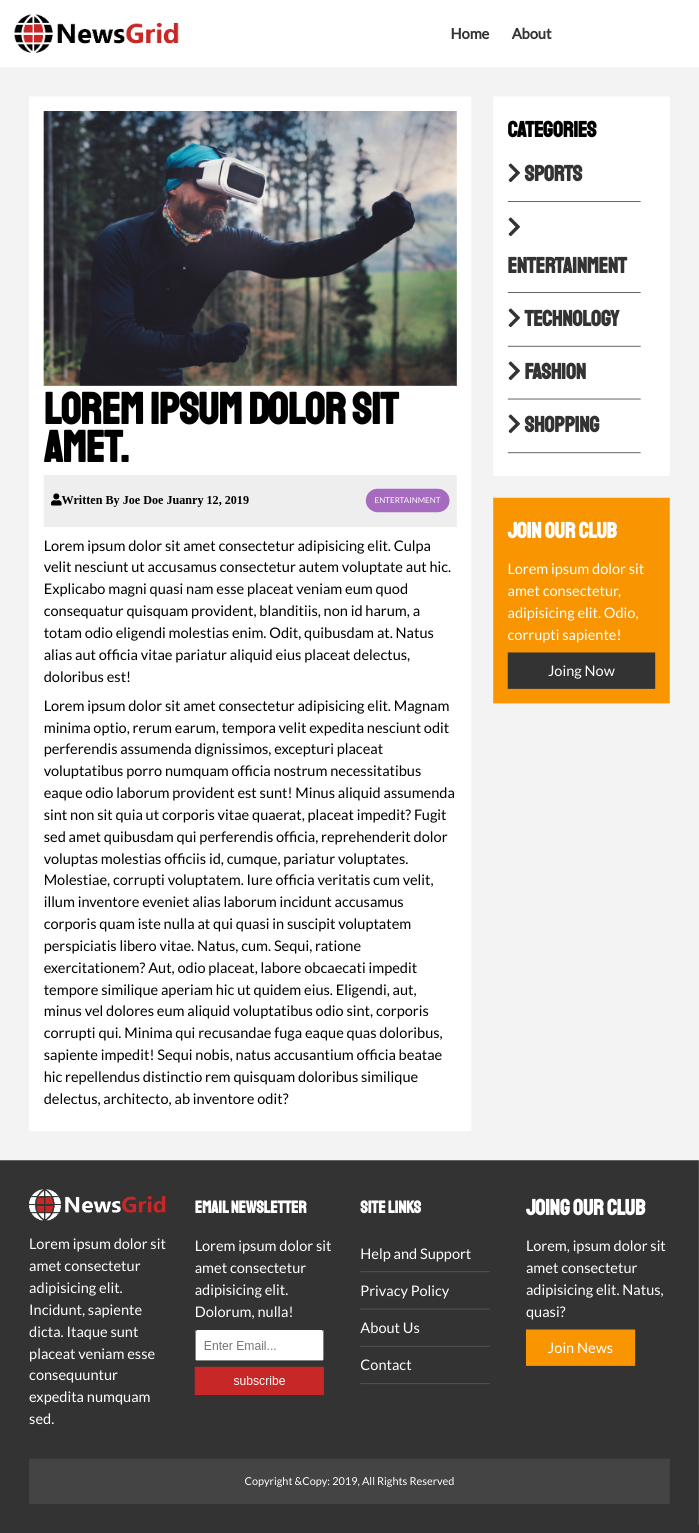
Repository: EswinGiova/NewsGrid
Page: article.html
The author's editor kept a copy of each file at every save. The page is drawn from the files as they stood at one save, then again after the next save.
The browser window is 768 px wide. The pictures show the whole page, at 91% of full size.
Some web libraries are served in a nearby version.

Above is the page before, as saved 2020-09-21 17:52:38.

### article.html
<!DOCTYPE html>
<html lang="en">
  <head>
    <meta charset="UTF-8" />
    <meta name="viewport" content="width=device-width, initial-scale=1.0" />
    <link rel="shortcut icon" type="image/x-icon" href="favicon.ico" />
    <link
      href="https://fonts.googleapis.com/css2?family=Lato&family=Staatliches&display=swap"
      rel="stylesheet"
    />
    <link rel="stylesheet" href="./css/style.css" />
    <link
      rel="stylesheet"
      media="screen and (max-width: 768px)"
      href="./css/mobile.css"
    />

    <link
      rel="stylesheet"
      href="https://cdnjs.cloudflare.com/ajax/libs/font-awesome/5.14.0/css/all.min.css"
      integrity="sha512-1PKOgIY59xJ8Co8+NE6FZ+LOAZKjy+KY8iq0G4B3CyeY6wYHN3yt9PW0XpSriVlkMXe40PTKnXrLnZ9+fkDaog=="
      crossorigin="anonymous"
    />

    <title>NewsGrid | Latest News</title>
  </head>
  <body>
    <nav id="main-nav">
      <div class="container">
        <img src="./image_resources/logo.png" alt="" class="logo" />
        <div class="social">
          <a href="#" target="_blank"><i class="fab fa-facebook fa-2x"></i></a>
          <a href="#" target="_blank"><i class="fab fa-twitter fa-2x"></i></a>
          <a href="#" target="_blank"><i class="fab fa-instagram fa-2x"></i></a>
          <a href="#" target="_blank"><i class="fab fa-youtube fa-2x"></i></a>
        </div>
        <ul>
          <li><a href="./index.html">Home</a></li>
          <li><a href="./about.html">About </a></li>
        </ul>
      </div>
    </nav>

    <section id="article">
      <div class="container">
        <div class="page-container">
          <article class="card">
            <img src="./image_resources/articles/ent1.jpg" alt="" />
            <h1 class="l-heading">Lorem ipsum dolor sit amet.</h1>
            <div class="meta">
              <small>
                <i class="fas fa-user">Written By Joe Doe Juanry 12, 2019</i>
              </small>
              <div class="category category-ent">Entertainment</div>
            </div>
            <p>
              Lorem ipsum dolor sit amet consectetur adipisicing elit. Culpa
              velit nesciunt ut accusamus consectetur autem voluptate aut hic.
              Explicabo magni quasi nam esse placeat veniam eum quod consequatur
              quisquam provident, blanditiis, non id harum, a totam odio
              eligendi molestias enim. Odit, quibusdam at. Natus alias aut
              officia vitae pariatur aliquid eius placeat delectus, doloribus
              est!
            </p>
            <p>
              Lorem ipsum dolor sit amet consectetur adipisicing elit. Magnam
              minima optio, rerum earum, tempora velit expedita nesciunt odit
              perferendis assumenda dignissimos, excepturi placeat voluptatibus
              porro numquam officia nostrum necessitatibus eaque odio laborum
              provident est sunt! Minus aliquid assumenda sint non sit quia ut
              corporis vitae quaerat, placeat impedit? Fugit sed amet quibusdam
              qui perferendis officia, reprehenderit dolor voluptas molestias
              officiis id, cumque, pariatur voluptates. Molestiae, corrupti
              voluptatem. Iure officia veritatis cum velit, illum inventore
              eveniet alias laborum incidunt accusamus corporis quam iste nulla
              at qui quasi in suscipit voluptatem perspiciatis libero vitae.
              Natus, cum. Sequi, ratione exercitationem? Aut, odio placeat,
              labore obcaecati impedit tempore similique aperiam hic ut quidem
              eius. Eligendi, aut, minus vel dolores eum aliquid voluptatibus
              odio sint, corporis corrupti qui. Minima qui recusandae fuga eaque
              quas doloribus, sapiente impedit! Sequi nobis, natus accusantium
              officia beatae hic repellendus distinctio rem quisquam doloribus
              similique delectus, architecto, ab inventore odit?
            </p>
          </article>
          <aside id="categories" class="card">
            <h2>
              categories
              <ul class="list">
                <li>
                  <a href="#"><i class="fas fa-chevron-right"></i> sports </a>
                </li>
                <li>
                  <a href="#"
                    ><i class="fas fa-chevron-right"></i> Entertainment
                  </a>
                </li>
                <li>
                  <a href="#"
                    ><i class="fas fa-chevron-right"></i> Technology
                  </a>
                </li>
                <li>
                  <a href="#"><i class="fas fa-chevron-right"></i> Fashion </a>
                </li>
                <li>
                  <a href="#"><i class="fas fa-chevron-right"></i> Shopping </a>
                </li>
              </ul>
            </h2>
          </aside>
          <aside class="card bg-secondary">
            <h2>Join Our Club</h2>
            <p>
              Lorem ipsum dolor sit amet consectetur, adipisicing elit. Odio,
              corrupti sapiente!
            </p>
            <a href="#" class="btn btn-dark btn-block">Joing Now</a>
          </aside>
        </div>
      </div>
    </section>

    <!-- footer -->
    <footer id="main-footer" class="py-2">
      <div class="container footer-container">
        <div>
          <img src="./image_resources/logo_light.png" alt="news" />
          <p>
            Lorem ipsum dolor sit amet consectetur adipisicing elit. Incidunt,
            sapiente dicta. Itaque sunt placeat veniam esse consequuntur
            expedita numquam sed.
          </p>
        </div>
        <div>
          <h3>Email Newsletter</h3>
          <p>
            Lorem ipsum dolor sit amet consectetur adipisicing elit. Dolorum,
            nulla!
          </p>
          <form>
            <input type="email" placeholder="Enter Email..." />
            <input type="submit" value="subscribe" class="btn btn-primary" />
          </form>
        </div>
        <div>
          <h3>Site Links</h3>
          <ul class="list">
            <li><a href="#">Help and Support</a></li>
            <li><a href="#">Privacy Policy</a></li>
            <li><a href="#">About Us</a></li>
            <li><a href="#">Contact</a></li>
          </ul>
        </div>
        <div>
          <h2>Joing Our CLub</h2>
          <p>
            Lorem, ipsum dolor sit amet consectetur adipisicing elit. Natus,
            quasi?
          </p>
          <a href="#" class="btn btn-secondary">Join News</a>
        </div>
        <div>
          <p>Copyright &Copy: 2019, All Rights Reserved</p>
        </div>
      </div>
    </footer>
  </body>
</html>

### css/style.css
:root {
  --primary-color: #c72727;
  --secondary-color: #f99500;
  --light-color: #f3f3f3;
  --dark-color: #333;
  --max-width: 1100px;
}

.category {
  --sports-color: #f99500;
  --ent-color: #a66bbe;
  --tech-color: #009cff;
}
* {
  margin: 0;
  padding: 0;
  box-sizing: border-box;
}
body {
  font-family: 'Lato', sans-serif !important;
  line-height: 1.5;
  background: var(--light-color);
}

a {
  color: var(--dark-color);
  text-decoration: none;
}

ul {
  list-style: none;
}
p {
  margin: 0.5rem 0;
}

img {
  width: 100%;
}

h1,
h2,
h3,
h4,
h5,
h6 {
  font-family: 'Staatliches', cursive;
  margin-bottom: 0.55rem;
  line-height: 2.6rem;
}

/*  utility class */

.container {
  max-width: var(--max-width);
  margin: auto;
  padding: 0 2rem;
  overflow: hidden;
}

/* category */

.category {
  display: inline-block;
  color: #fff;
  font-size: 0.55rem;
  text-transform: uppercase;
  padding: 0.4rem 0.6rem;
  border-radius: 15px;
  margin-bottom: 0.5rem;
}

.category-sports {
  background: var(--sports-color);
}
.category-ent {
  background: var(--ent-color);
}
.category-tech {
  background: var(--tech-color);
}

/* btn */

.btn {
  display: inline-block;
  border: none;
  background: var(--dark-color);
  color: #fff;
  padding: 0.5rem 1.5rem;
}

.btn-light {
  background: var(--light-color);
}
.btn-primary {
  background: var(--primary-color);
}
.btn-secondary {
  background: var(--secondary-color);
}
.btn:hover {
  opacity: 0.8;
}

.btn-block {
  display: block;
  width: 100%;
  text-align: center;
}

/* cards */

.card {
  background: white;
  padding: 1rem;
}

.bg-dark {
  background: var(--dark-color);
  color: white;
}
.bg-primary {
  background: var(--primary-color);
  color: white;
}
.bg-secondary {
  background: var(--secondary-color);
  color: #fff;
}
.py-1 {
  padding: 1.5rem 0;
}
.py-2 {
  padding: 2rem 0;
}
.py-3 {
  padding: 3rem 0;
}
.p-1 {
  padding: 1.5rem;
}
.p-2 {
  padding: 2rem;
}
.p-3 {
  padding: 3rem;
}

.l-heading {
  font-size: 3rem;
}

.bg-dark h1,
.bg-dark h2,
.bg-dark h3,
.bg-dark a,
.bg-primary h1,
.bg-primary h2,
.bg-primary h3,
.bg-primary a,
.bg-secondary h1,
.bg-secondary h2,
.bg-secondary h3,
.bg-secondary a {
  color: #fff;
}

.list li {
  padding: 0.5rem 0;
  border-bottom: 1px solid #555;
  width: 90%;
}
.list li a:hover {
  color: var(--primary-color) !important;
}

/* inner page container */
.page-container {
  display: grid;
  grid-template-columns: 5fr 2fr;
  margin: 2rem 0;
  grid-gap: 1.5rem;
}
.page-container > *:first-child {
  grid-row: 1 / span 3;
}

/* Navigation */
#main-nav {
  background: #fff;
  position: sticky;
  top: 0;
  z-index: 2;
}

#main-nav .container {
  display: grid;
  grid-template-columns: 6fr 3fr 2fr;
  padding: 1rem;
  align-items: center;
}

#main-nav .logo {
  width: 180px;
}

#main-nav ul {
  display: flex;
  justify-self: end;
}

#main-nav ul li a {
  padding: 0.77rem;
  font-weight: bold;
}

#main-nav ul li .current {
  background: var(--primary-color);
  color: white;
}

#main-nav ul li .current:hover {
  background: var(--light-color);
  color: var(--dark-color);
}
#main-nav .social {
  justify-self: center;
}

#main-nav .social i {
  color: #777;
  margin-left: 0.5rem;
}

/* showcase */
#showcase {
  background: #333;
  color: #fff;
  position: relative;
}

#showcase:before {
  content: '';
  background: url('../image_resources/featured.jpg') center center/cover;
  position: absolute;
  top: 0;
  left: 0;
  width: 100%;
  height: 100%;
  opacity: 0.4;
}
#showcase .showcase-container {
  height: 50vh;
  display: grid;
  grid-template-columns: repeat(2, 1fr);
  justify-content: center;
  align-content: center;
}
#showcase .showcase-container .showcase-content {
  z-index: 2;
  text-align: justify;
}
#showcase .showcase-container .showcase-content p {
  margin: 1rem 0;
}
/* Home Articles  */

#home-articles .articles-container {
  display: grid;
  grid-template-columns: repeat(3, 1fr);
  grid-gap: 1rem;
}

#home-articles .articles-container > *:first-child,
#home-articles .articles-container > *:last-child {
  display: grid;
  grid-template-columns: repeat(2, 1fr);
  grid-column: 1 / span 2;
  grid-gap: 1rem;
  align-items: center;
}
#home-articles .articles-container > *:last-child {
  grid-column: 2 / span 2;
}

#article .meta {
  display: flex;
  justify-content: space-between;

  align-items: center;
  background: #eee;
  padding: 0.5rem;
}

#article .meta .category {
  margin-top: 0.4rem;
}

/* footer */
#main-footer {
  background: var(--dark-color);
  color: #fff;
}

#main-footer img {
  width: 150px;
}

#main-footer a {
  color: #fff;
}

#main-footer .footer-container {
  display: grid;
  grid-template-columns: repeat(4, 1fr);
  grid-gap: 1.5rem;
}

#main-footer .footer-container > *:last-child {
  grid-column: 1 / span 4;
  text-align: center;
  background: #444;

  font-size: 0.75rem;
  padding: 0.5rem;
}

#main-footer .footer-container input[type='email'] {
  width: 90%;
  padding: 0.5rem;
  margin-bottom: 0.4rem;
}

#main-footer .footer-container input[type='submit'] {
  width: 90%;
}

/* about our page  */

### css/mobile.css
/* Navigation  */
#main-nav .social {
  display: none;
}

@media (max-width: 768px) {
}

After the next save:
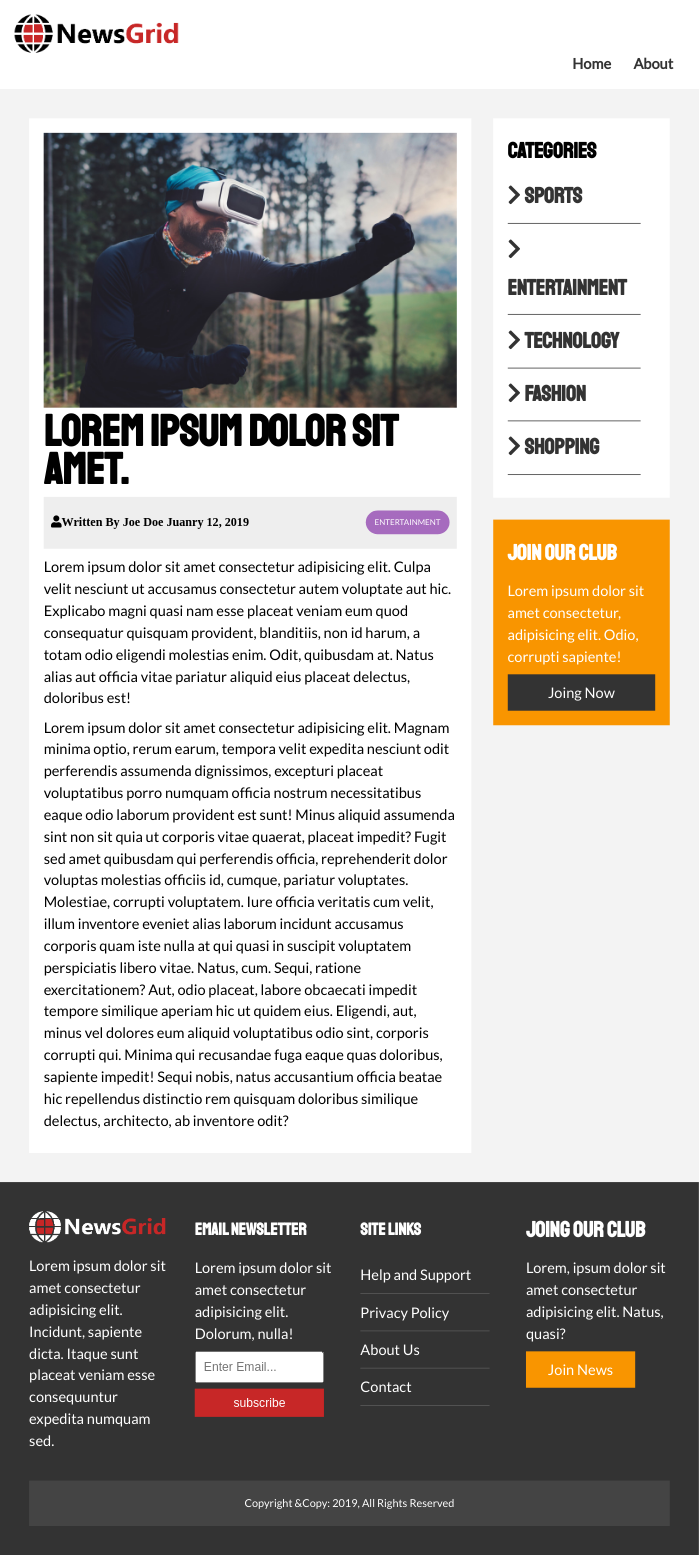
Saved 95 s later.
--- a/css/mobile.css
+++ b/css/mobile.css
@@ -3,5 +3,6 @@
   display: none;
 }
 
-@media (max-width: 768px) {
+#main-nav .container {
+  grid-template-columns: 1fr;
 }
